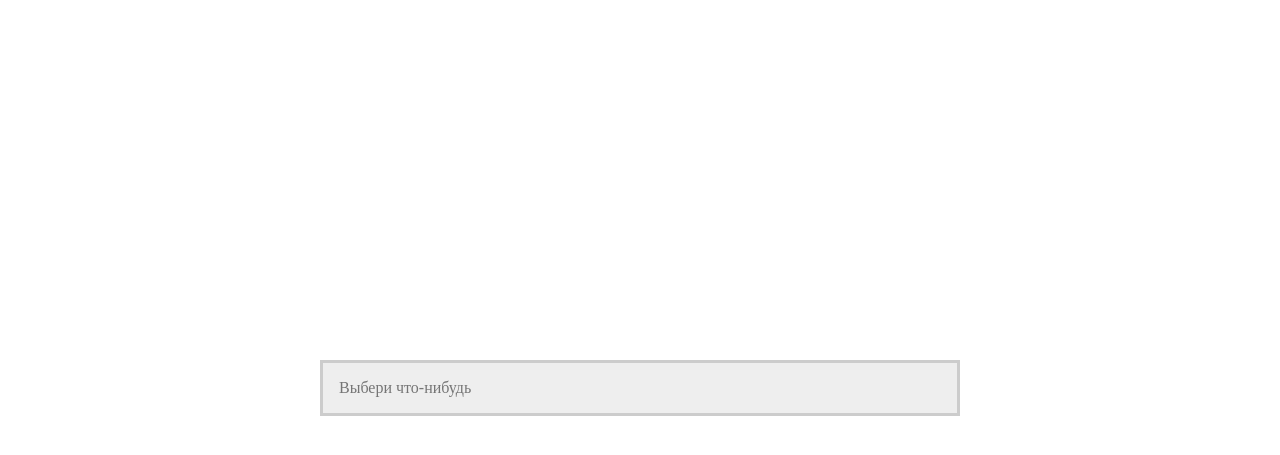
Repository: spihex/stage2-custom-dropdown
Page: index.html
The author's editor kept a copy of each file at every save. The page is drawn from the files as they stood at one save, then again after the next save.
The browser window is 1280 px wide. The pictures show the whole page.

Above is the page before, as saved 2021-02-08 04:09:45.

After the next save:
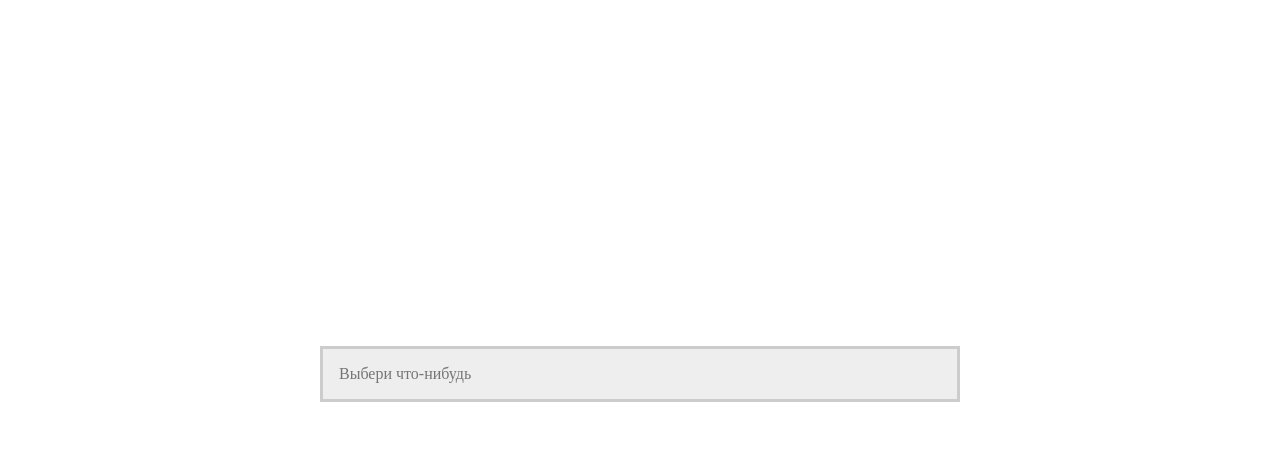
Saved 8 h 7 min later.
--- a/index.html
+++ b/index.html
@@ -12,8 +12,12 @@
     <body>
 
         <div class="dropdown">
-            <input class="dropdown__input" type="text" value="" placeholder="Выбери что-нибудь">
-
+            <div class="dropdown__input-container">
+                <input class="dropdown__input" type="text" value="" placeholder="Выбери что-нибудь">
+                <svg class="dropwodn__input-icon" xmlns="http://www.w3.org/2000/svg" width="24" height="24" viewBox="0 0 24 24">
+                    <path d="M12 21l-12-18h24z" />
+                </svg>
+            </div>
             <ul class="dropdown__list">
                 <li class="dropdown__item">Massachusetts</li>
                 <li class="dropdown__item">Michigan</li>

After the save that followed:
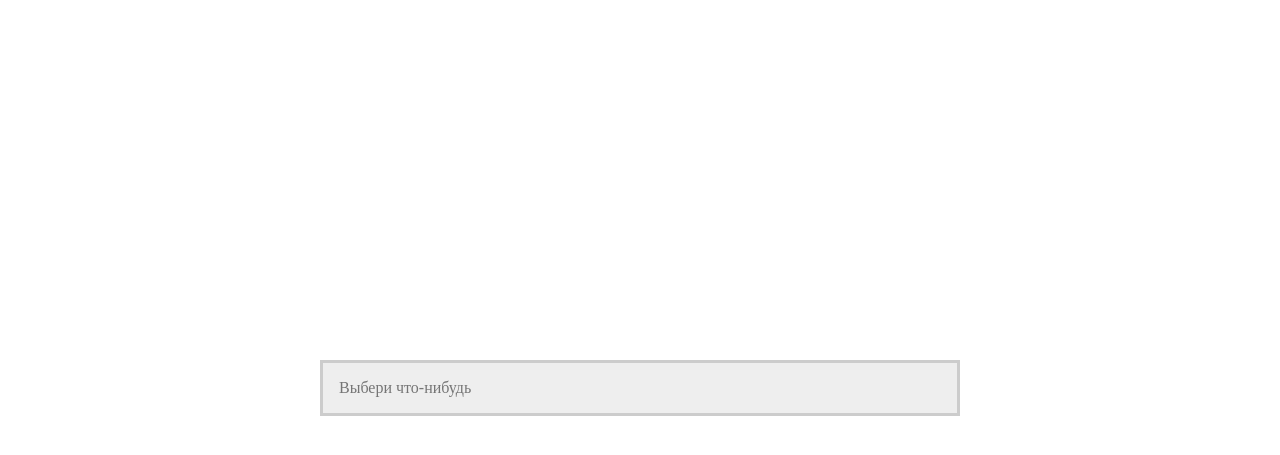
Saved 6 min 46 s later.
--- a/index.html
+++ b/index.html
@@ -12,12 +12,8 @@
     <body>
 
         <div class="dropdown">
-            <div class="dropdown__input-container">
-                <input class="dropdown__input" type="text" value="" placeholder="Выбери что-нибудь">
-                <svg class="dropwodn__input-icon" xmlns="http://www.w3.org/2000/svg" width="24" height="24" viewBox="0 0 24 24">
-                    <path d="M12 21l-12-18h24z" />
-                </svg>
-            </div>
+            <input class="dropdown__input" type="text" value="" placeholder="Выбери что-нибудь">
+
             <ul class="dropdown__list">
                 <li class="dropdown__item">Massachusetts</li>
                 <li class="dropdown__item">Michigan</li>
